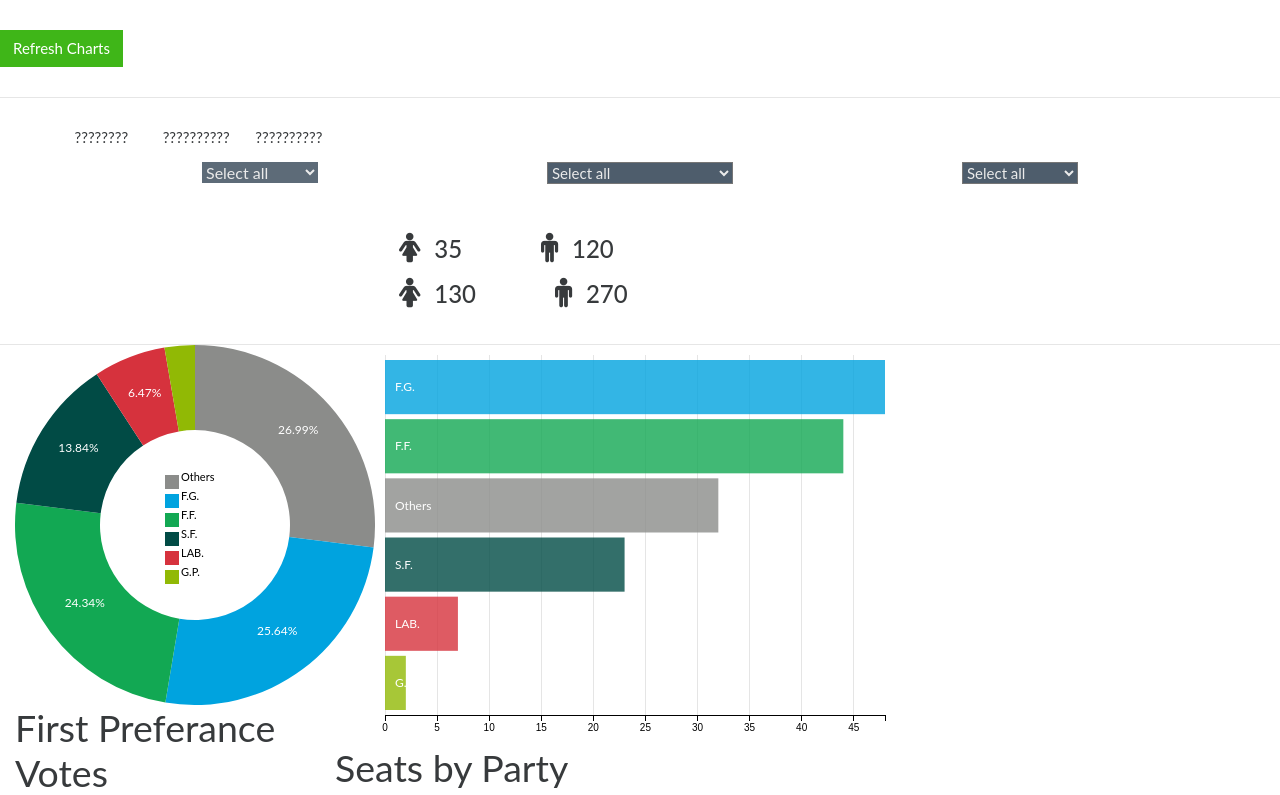
Repository: pauldardis/project-2-test
Page: index.html
The author's editor kept a record of every edit. The page is drawn from the files as they stood at one moment, then again after the next edit.
The browser window is 1280 px wide. The pictures show the whole page.

Above is the page before.
Console error: TypeError: Cannot read properties of null (reading 'textContent')

After the next edit:
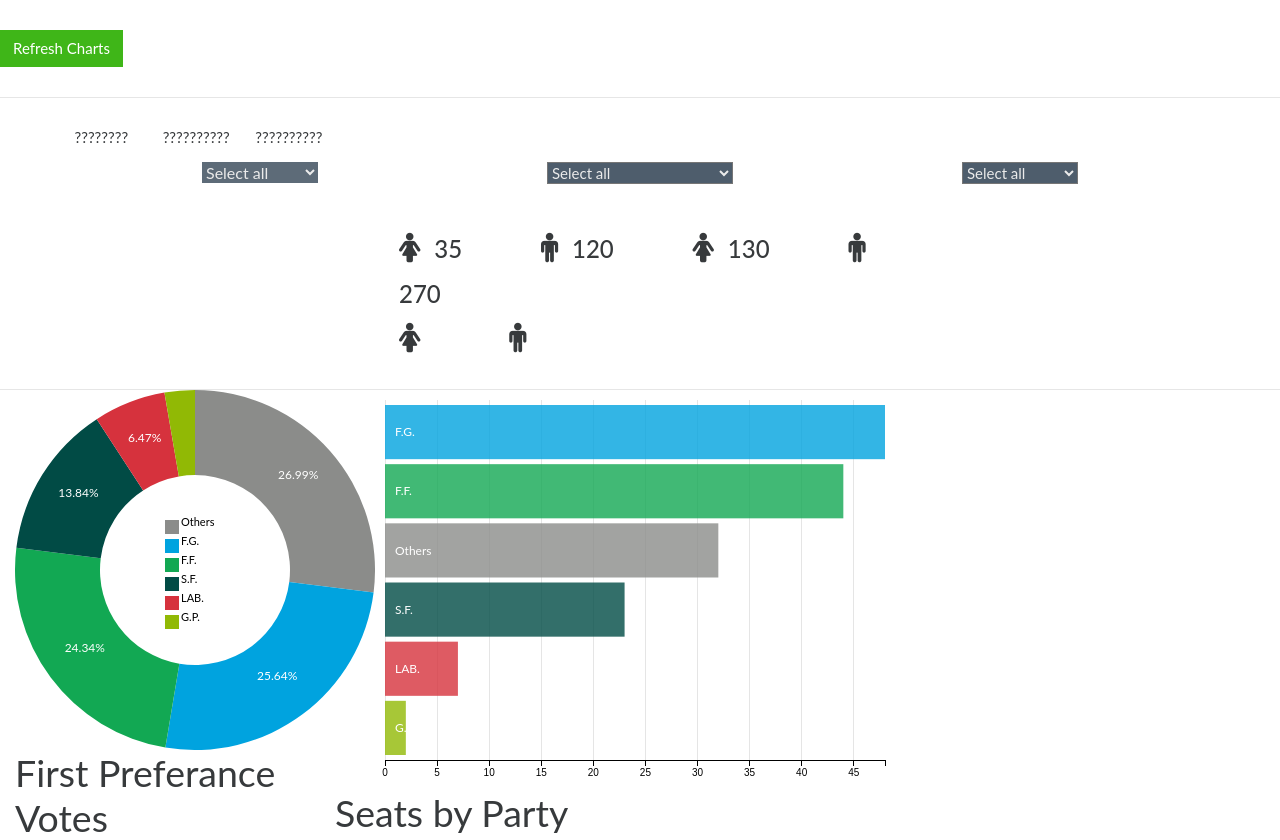
The edit:
--- a/index.html
+++ b/index.html
@@ -59,6 +59,8 @@
         <div class="col-xs-12 col-sm-12 col-lg-12 gender-box">
             <i class="fa fa-female fa-gender" aria-hidden="true"></i> <span class="number-box" id="count-of-women-elected"></span>
             <i class="fa fa-male fa-gender" aria-hidden="true"></i> <span class="number-box" id="count-of-men-elected"></span>
+            <i class="fa fa-female fa-gender" aria-hidden="true"></i> <span class="number-box" id="count-of-women-elected_1"></span>
+            <i class="fa fa-male fa-gender" aria-hidden="true"></i> <span class="number-box" id="count-of-men-elected_1"></span>
         </div>
         <div class="col-xs-12 col-sm-12 col-lg-12 gender-box">
             <i class="fa fa-female fa-gender" aria-hidden="true"></i> <span class="number-box" id="count-of-women-elected_1"></span>

After the edit that followed:
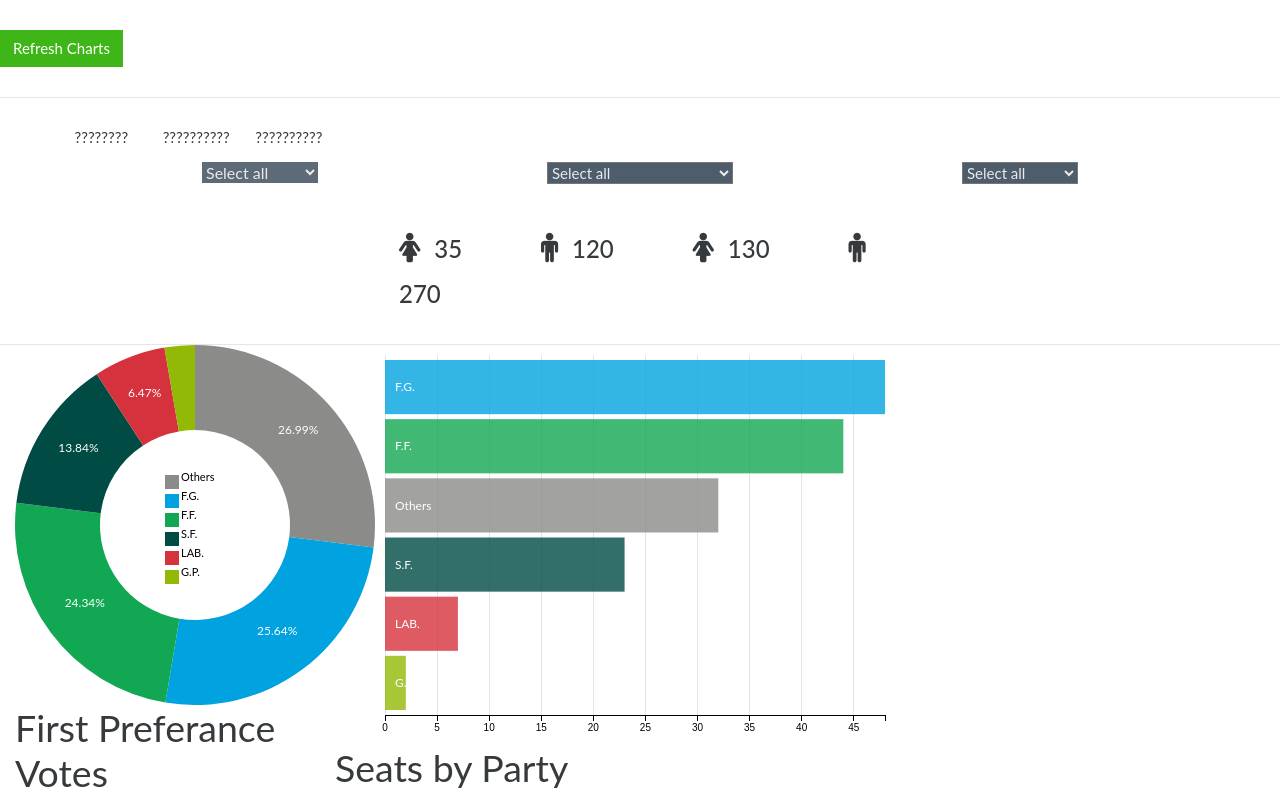
The edit:
--- a/index.html
+++ b/index.html
@@ -63,8 +63,8 @@
             <i class="fa fa-male fa-gender" aria-hidden="true"></i> <span class="number-box" id="count-of-men-elected_1"></span>
         </div>
         <div class="col-xs-12 col-sm-12 col-lg-12 gender-box">
-            <i class="fa fa-female fa-gender" aria-hidden="true"></i> <span class="number-box" id="count-of-women-elected_1"></span>
-            <i class="fa fa-male fa-gender" aria-hidden="true"></i> <span class="number-box" id="count-of-men-elected_1"></span>
+            <!--<i class="fa fa-female fa-gender" aria-hidden="true"></i> <span class="number-box" id="count-of-women-elected_1"></span>-->
+            <!--<i class="fa fa-male fa-gender" aria-hidden="true"></i> <span class="number-box" id="count-of-men-elected_1"></span>-->
         </div>
     </section>
 
